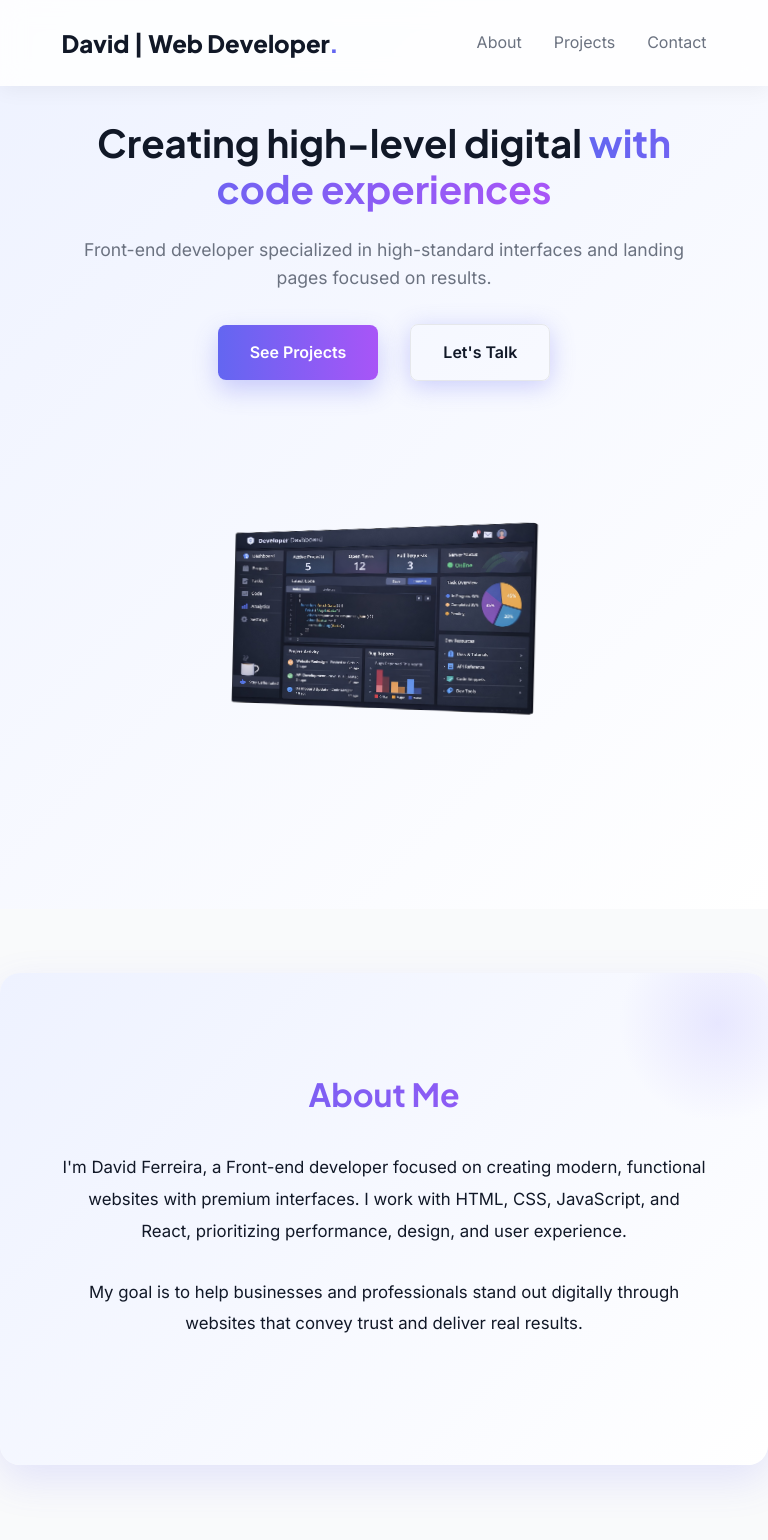
Repository: davidfsillva/David_Ferreira
Page: index.html
The author's editor kept a copy of each file at every save. The page is drawn from the files as they stood at one save, then again after a run of saves.
The browser window is 768 px wide. The pictures show the part of the page from y = 0 to 1540 px (the page is 3179 px tall).

Above is the page before, as saved 2026-02-11 15:51:48.
Console error: TypeError: Cannot read properties of null (reading 'addEventListener')

### index.html
<!DOCTYPE html>
<html lang="en">
<head>
    <meta charset="UTF-8">
    <meta name="viewport" content="width=device-width, initial-scale=1.0">

    <title>David Ferreira | Front-end Developer & Premium UI Designer</title>

    <!-- Primary SEO -->
    <meta name="description" content="David Ferreira is a front-end developer specialized in premium interfaces, high-conversion landing pages, and modern digital experiences.">
    <meta name="keywords" content="Front-end Developer, Web Designer, UI Designer, Landing Page, Web Development, Freelancer Brazil">
    <meta name="author" content="David Ferreira">
    <meta name="robots" content="index, follow">
    <link rel="canonical" href="https://yourdomain.com/">

    <!-- Open Graph (Facebook, LinkedIn) -->
    <meta property="og:title" content="David Ferreira | Premium Front-end Developer">
    <meta property="og:description" content="High-standard digital interfaces focused on performance and conversion.">
    <meta property="og:image" content="https://yourdomain.com/preview.jpg">
    <meta property="og:url" content="https://yourdomain.com/">
    <meta property="og:type" content="website">

    <!-- Twitter Card -->
    <meta name="twitter:card" content="summary_large_image">
    <meta name="twitter:title" content="David Ferreira | Web Developer">
    <meta name="twitter:description" content="Premium web development focused on performance and modern design.">
    <meta name="twitter:image" content="https://yourdomain.com/preview.jpg">

    <!-- Favicon -->
    <link rel="icon" href="favicon.ico" type="image/x-icon">

    <!-- Fonts -->
    <link href="https://fonts.googleapis.com/css2?family=Inter:wght@300;400;600&family=Plus+Jakarta+Sans:wght@700;800&display=swap" rel="stylesheet">

    <!-- Font Awesome -->
    <link rel="stylesheet" href="https://cdnjs.cloudflare.com/ajax/libs/font-awesome/6.5.0/css/all.min.css" integrity="sha512-..." crossorigin="anonymous" referrerpolicy="no-referrer" />

    <link rel="stylesheet" href="style.css">
</head>

<body>

    <!-- NAVBAR -->
    <nav class="navbar">
        <div class="logo"><a href="#">David | Web Developer<span>.</span></a></div>

        <ul class="nav-links">
            <li><a href="#about">About</a></li>
            <li><a href="#portfolio">Projects</a></li>
            <li><a href="#contact" class="btn-sm">Contact</a></li>
        </ul>
    </nav>

    <!-- HERO -->
    <section class="hero">
        <div class="hero-content">
            <h1>Creating high-level digital <span> with code experiences</span></h1>
            <p>Front-end developer specialized in high-standard interfaces and landing pages focused on results.</p>
            <div class="hero-btns">
                <a href="#portfolio" class="btn-primary">See Projects</a>
                <a href="#contact" class="btn-secondary">Let's Talk</a>
            </div>
        </div>
        <div class="hero-visual">
            <div class="hero-glow"></div>
        </div>
    </section>

    <!-- ABOUT -->
    <section id="about" class="section">
        <h2>About Me</h2>
        <p>I'm David Ferreira, a Front-end developer focused on creating modern, functional websites with premium interfaces. I work with HTML, CSS, JavaScript, and React, prioritizing performance, design, and user experience.</p>
        <p>My goal is to help businesses and professionals stand out digitally through websites that convey trust and deliver real results.</p>
    </section>

    <!-- PORTFOLIO -->
    <section id="portfolio" class="portfolio">
        <div class="section-header">
            <h2>Selected Projects</h2>
            <p>A showcase of solutions focused on performance and design.</p>
        </div>
        <div class="portfolio-grid">
            <!-- Project 1 -->
            <a href="https://davidfsillva.github.io/Alex-Carter/" target="_blank" class="project-link">
                <div class="project-card">
                    <div class="card-image">
                        <img src="img/alex.png" alt="Alex Carter Project">
                        <div class="card-overlay"><span>View Details</span></div>
                    </div>
                    <div class="card-info">
                        <h3>Alex Carter | Landing Page</h3>
                        <p>Personal branding website for a professional athlete.</p>
                    </div>
                </div>
            </a>

            <!-- Project 2 -->
            <a href="https://davidfsillva.github.io/e-hammershark/" target="_blank" class="project-link">
                <div class="project-card">
                    <div class="card-image">
                        <img src="img/ecomerce.png" alt="Hammershark Project">
                        <div class="card-overlay"><span>View Details</span></div>
                    </div>
                    <div class="card-info">
                        <h3>Hammershark | E-commerce</h3>
                        <p>Fitness fashion e-commerce, focused on branding and shopping experience.</p>
                    </div>
                </div>
            </a>

            <!-- Project 3 -->
            <a href="https://davidfsillva.github.io/landing-page/" target="_blank" class="project-link">
                <div class="project-card">
                    <div class="card-image">
                        <img src="img/landingpage.png" alt="Landing Page Project">
                        <div class="card-overlay"><span>View Details</span></div>
                    </div>
                    <div class="card-info">
                        <h3>Lucas Andrade | Landing Page</h3>
                        <p>Strategic landing page for lead generation and conversion.</p>
                    </div>
                </div>
            </a>

            <!-- Project 4 -->
            <a href="https://davidfsillva.github.io/beatriz-almeida-adv/" target="_blank" class="project-link">
                <div class="project-card">
                    <div class="card-image">
                        <img src="img/adv.png" alt="Beatriz Almeida Law Firm Project">
                        <div class="card-overlay"><span>View Details</span></div>
                    </div>
                    <div class="card-info">
                        <h3>Beatriz Almeida Law Firm | Institutional Website</h3>
                        <p>Institutional website conveying authority and trust.</p>
                    </div>
                </div>
            </a>
        </div>
    </section>

    <!-- CTA / CONTACT -->
    <section id="contact" class="cta-section">
        <h2>Ready to elevate your digital presence?</h2>
        <p>Turn your idea into a high-standard digital interface.</p>
        <a href="https://wa.me/5511990242453" target="_blank" class="btn-whatsapp">Start a WhatsApp Conversation</a>
    </section>

    <!-- FOOTER -->
    <footer>
        <div class="footer-content">
            <p>&copy; 2026 David Ferreira. All rights reserved.</p>
            <div class="social-links">
                <a href="mailto:davidfsillva@icloud.com" target="_blank" rel="noopener noreferrer"><i class="fa-solid fa-envelope"></i></a>
                <a href="https://www.instagram.com/david_websites?igsh=MWdmZWJ3MW80N3JsNQ==" target="_blank" rel="noopener noreferrer"><i class="fa-brands fa-instagram"></i></a>
            </div>
        </div>
    </footer>

    <script src="scripts.js"></script>
</body>
</html>

### style.css
:root {
  --primary: #6366f1;
  --primary-light: #818cf8;
  --accent: #a855f7;
  --text-dark: #111827;
  --text-light: #6b7280;
  --bg-light: #f9fafb;
  --white: #ffffff;
  --transition: all 0.3s ease;
}

/* RESET */
* {
  margin: 0;
  padding: 0;
  box-sizing: border-box;
}

html {
  scroll-behavior: smooth;   /* já tinha */
  scroll-padding-top: 70px; /* ajuste esse valor para altura da navbar */
}


body {
  font-family: 'Inter', sans-serif;
  background: var(--bg-light);
  color: var(--text-dark);
  line-height: 1.6;
  animation: fadePage 0.8s ease-in-out;
}

@keyframes fadePage {
  from { opacity: 0; transform: translateY(10px); }
  to { opacity: 1; transform: translateY(0); }
}

/* NAVBAR */
.navbar {
  position: fixed;
  width: 100%;
  top: 0;
  padding: 1.5rem 8%;
  display: flex;
  justify-content: space-between;
  align-items: center;
  background: rgba(255,255,255,0.85);
  backdrop-filter: blur(12px);
  box-shadow: 0 4px 20px rgba(0,0,0,0.05);
  z-index: 1000;
  transition: var(--transition);
}

.logo {
  font-family: 'Plus Jakarta Sans', sans-serif;
  font-weight: 800;
  font-size: 1.5rem;
}

.logo a {
  text-decoration: none;   /* remove o sublinhado */
  color: var(--text-dark); /* cor principal da logo */
  font-weight: 800;
  font-size: 1.5rem;
}

.logo a span {
  color: var(--primary);   /* deixa apenas o ponto colorido */
}


.logo span {
  color: var(--primary);
}

.nav-links {
  display: flex;
  list-style: none;
  gap: 2rem;
}

.nav-links a {
  text-decoration: none;
  color: var(--text-light);
  font-weight: 500;
  transition: var(--transition);
}

.nav-links a:hover {
  color: var(--primary);
  transform: translateY(-2px);
}

/* HERO */
.hero {
  min-height: 100vh;
  padding: 120px 8% 80px; /* aumentei de 60px para 80px */
  display: flex;
  align-items: center;
  justify-content: space-between;
  background: linear-gradient(135deg, #eef2ff, #ffffff);
  flex-wrap: wrap;
}

.hero-content {
  max-width: 600px;
  animation: heroFade 1s ease 0.2s both;
}

@keyframes heroFade {
  from { opacity: 0; transform: translateY(40px); }
  to { opacity: 1; transform: translateY(0); }
}

.badge {
  display: inline-block;
  padding: 0.5rem 1rem;
  background: rgba(99,102,241,0.1);
  color: var(--primary);
  border-radius: 20px;
  font-size: 0.8rem;
  font-weight: 600;
  margin-bottom: 1.5rem;
}

.hero h1 {
  font-family: 'Plus Jakarta Sans', sans-serif;
  font-size: clamp(2rem, 5vw, 3.5rem);
  line-height: 1.2;
  margin-bottom: 1.5rem;
}

.hero h1 span {
  background: linear-gradient(90deg, var(--primary), var(--accent));
  -webkit-background-clip: text;
  -webkit-text-fill-color: transparent;
}

.hero p {
  font-size: 1.1rem;
  color: var(--text-light);
  margin-bottom: 2rem;
}

/* BUTTONS */
.btn-primary,
.btn-secondary,
.btn-whatsapp {
  display: inline-block;
  padding: 0.9rem 2rem;
  border-radius: 8px;
  text-decoration: none;
  font-weight: 600;
  transition: all 0.3s ease;
  position: relative;
  overflow: hidden;
}

.btn-primary {
  background: linear-gradient(90deg, var(--primary), var(--accent));
  color: white;
  box-shadow: 0 10px 25px rgba(99,102,241,0.3);
}

.btn-primary:hover {
  transform: translateY(-4px) scale(1.03);
}

.btn-primary:active {
  transform: scale(0.96);
}

.btn-primary::after {
  content: "";
  position: absolute;
  width: 200%;
  height: 200%;
  background: radial-gradient(circle, rgba(255,255,255,0.4), transparent 60%);
  top: -50%;
  left: -50%;
  opacity: 0;
  transition: opacity 0.4s ease;
}

.btn-primary:hover::after {
  opacity: 1;
}

.btn-secondary {
  border: 1px solid #e5e7eb;
  color: var(--text-dark);
  margin-left: 1rem;
  box-shadow: 0 5px 25px rgba(99,102,241,0.3);

}

.btn-secondary:hover {
  background: #f3f4f6;
  transform: translateY(-4px);
}

.btn-secondary:active {
  transform: scale(0.96);
}

.btn-whatsapp {
  background: linear-gradient(90deg, #25d366, #1ebe57);
  color: white;
  padding: 1rem 2rem;
  border-radius: 8px;
  font-weight: 600;
  transition: var(--transition);
}

.btn-whatsapp:hover {
  transform: translateY(-3px) scale(1.03);
  box-shadow: 0 8px 20px rgba(37,211,102,0.4);
}

.btn-whatsapp:active {
  transform: scale(0.96);
}

.hero-btns {
  display: flex;
  flex-wrap: wrap;
}

#about {
  text-align: center;
  max-width: 1200px;
  margin: 4rem auto 0; /* adiciona mais distância do Hero */
  padding: 6rem 8%;
  background: linear-gradient(135deg, #eef2ff 0%, #ffffff 100%);
  border-radius: 20px;
  box-shadow: 0 15px 40px rgba(99,102,241,0.15);
  position: relative;
  overflow: hidden;
}

#about::before {
  content: "";
  position: absolute;
  width: 200px;
  height: 200px;
  background: radial-gradient(circle, rgba(163,155,253,0.2), transparent 70%);
  top: -50px;
  right: -50px;
  border-radius: 50%;
  z-index: 0;
  animation: pulseGlow 6s infinite ease-in-out;
}

#about h2 {
  font-family: 'Plus Jakarta Sans', sans-serif;
  font-size: clamp(2rem, 4vw, 2.5rem);
  margin-bottom: 2rem;
  position: relative;
  z-index: 1;
  background: linear-gradient(90deg, var(--primary), var(--accent));
  -webkit-background-clip: text;
  -webkit-text-fill-color: transparent;
}

#about p {
  font-size: 1.05rem;
  line-height: 1.9;
  color: var(--text-dark);
  margin-bottom: 1.8rem;
  position: relative;
  z-index: 1;
  opacity: 0;
  transform: translateY(20px);
  animation: fadeUp 1s forwards;
  animation-delay: 0.3s;
}

/* Animação suave */
@keyframes fadeUp {
  to {
    opacity: 1;
    transform: translateY(0);
  }
}



/* HERO VISUAL */
.hero-visual {
  flex: 1;
  min-height: 400px;
  display: flex;
  justify-content: center;
  align-items: center;
}

.hero-glow {
  width: 380px;
  height: 380px;
  background: url('img/dashboard.png') no-repeat center center;
  background-size: contain;
  animation: float-rotate 8s ease-in-out infinite;
}

@keyframes float-rotate {
  0%   { transform: translateY(0px) rotate(0deg); }
  50%  { transform: translateY(-10px) rotate(3deg); }
  100% { transform: translateY(0px) rotate(0deg); }
}

/* PORTFOLIO */
.portfolio {
  padding: 6rem 8%;
}

.section-header {
  text-align: center;
  margin-bottom: 4rem;
}

.section-header h2 {
  font-family: 'Plus Jakarta Sans', sans-serif;
  font-size: 2.2rem;
  margin-bottom: 1rem;
  color: var(--primary)
}

.section-header p {
  color: var(--text-light);
}

.portfolio-grid {
  display: grid;
  grid-template-columns: repeat(auto-fit, minmax(280px, 1fr));
  gap: 2rem;
}

.project-card {
  background: var(--white);
  border-radius: 16px;
  overflow: hidden;
  box-shadow: 0 10px 30px rgba(0,0,0,0.06);
  cursor: pointer;
  transition: transform 0.4s ease, box-shadow 0.4s ease;
  will-change: transform;
}

.project-card:hover {
  transform: translateY(-12px) scale(1.03);
  box-shadow: 0 25px 50px rgba(99,102,241,0.2);
}

.card-image {
  position: relative;
  overflow: hidden;
}

.card-image img {
  width: 100%;
  height: 220px;
  object-fit: cover;
  display: block;
  transition: transform 0.6s ease;
}

.project-card:hover .card-image img {
  transform: scale(1.08);
}

.card-overlay {
  position: absolute;
  inset: 0;
  background: rgba(99,102,241,0.8);
  display: flex;
  justify-content: center;
  align-items: center;
  color: white;
  font-weight: 600;
  opacity: 0;
  transition: opacity 0.4s ease;
}

.project-card:hover .card-overlay {
  opacity: 1;
}

.card-info {
  padding: 1.5rem;
}

.card-info h3 {
  margin-bottom: 0.5rem;
}

.card-info p {
  color: var(--text-light);
}

.project-link {
  text-decoration: none;
  color: inherit;
  display: block;
}


/* CTA */
.cta-section {
  padding: 5rem 8%;
  text-align: center;
  background: linear-gradient(135deg, #eef2ff, #ffffff);
}

/* FOOTER */
footer {
  padding: 3rem 5%;
  background: linear-gradient(135deg, #eef2ff, #ffffff); /* leve gradiente */
  border-top: 1px solid rgba(99,102,241,0.2); /* linha discreta */
  text-align: center;
  border-radius: 20px 20px 0 0;
  box-shadow: 0 -4px 20px rgba(99,102,241,0.05);
}

.footer-content {
  display: flex;
  flex-direction: column;
  align-items: center;
  gap: 1.5rem; /* aumenta espaço entre elementos */
}

.footer-content p {
  color: var(--text-dark);
  font-weight: 500;
  font-size: 1rem;
}

.social-links {
  display: flex;
  gap: 1.5rem; /* distância entre ícones */
}

.social-links a {
  color: var(--primary);
  padding: 0.8rem;
  border-radius: 30%; /* círculo perfeito */
  font-size: 1.2rem;
  display: flex;
  justify-content: center;
  align-items: center;
  transition: all 0.3s ease;
  text-decoration: none;
}

.social-links a:hover {
  transform: translateY(-3px) scale(1.1);
  color: var(--primary);
}


.cta-section p {
  color: var(--text-light);
  margin-bottom: 2.5rem; /* aumenta espaço abaixo do texto */
}

.btn-whatsapp {
  display: inline-block;
  background: #25d366;
  color: white;
  padding: 1rem 2rem;
  border-radius: 8px;
  text-decoration: none;
  font-weight: 600;
  transition: var(--transition);
  margin-top: 0.5rem; /* pequeno respiro extra */
}


/* MODAL */
.modal-overlay {
  position: fixed;
  inset: 0;
  background: rgba(0,0,0,0.6);
  display: none;
  justify-content: center;
  align-items: center;
  padding: 2rem;
  z-index: 2000;
}

.modal-content {
  background: white;
  width: 100%;
  max-width: 900px;
  border-radius: 20px;
  overflow: hidden;
  animation: modalZoom 0.4s cubic-bezier(.23,1,.32,1);
  position: relative;
}

@keyframes modalZoom {
  from { opacity: 0; transform: scale(0.85) translateY(20px); }
  to { opacity: 1; transform: scale(1) translateY(0); }
}

.modal-body {
  display: grid;
  grid-template-columns: 1fr 1fr;
}

.modal-img {
  min-height: 300px;
  background-size: cover !important;
}

.modal-text {
  padding: 2rem;
}

.close-modal {
  position: absolute;
  top: 20px;
  right: 25px;
  background: none;
  border: none;
  font-size: 2rem;
  cursor: pointer;
  transition: transform 0.3s ease;
}

.close-modal:hover {
  transform: rotate(90deg);
}

/* RESPONSIVO */
@media (max-width: 900px) {
  .hero {
    flex-direction: column;
    text-align: center;
  }

  .hero-visual {
    margin-top: 3rem;
  }

  .hero-btns {
    display: flex;
    justify-content: center;
    align-items: center; /* garante alinhamento vertical */
    gap: 1rem;
    flex-wrap: wrap;
  }

}

@media (max-width: 600px) {
  .navbar {
    padding: 1rem 5%;
  }

  .nav-links {
    display: none;
  }

  .hero {
    padding: 100px 5% 60px;
  }

    .hero-btns {
    justify-content: center; /* centraliza horizontalmente */
    gap: 1rem; /* mantém espaçamento entre os botões */
    flex-wrap: wrap;
  }


  .portfolio {
    padding: 4rem 5%;
  }

  .cta-section {
    padding: 4rem 5%;
  }

  footer {
    padding: 2rem 5%;
  }

  .footer-content {
    flex-direction: column;
    text-align: center;
  }

  .social-links a {
    margin: 0 0.5rem;
  }
}

### scripts.js
// =============================
// NAVBAR SCROLL EFFECT
// =============================
const navbar = document.querySelector(".navbar");

window.addEventListener("scroll", () => {
  if (window.scrollY > 50) {
    navbar.style.padding = "1rem 8%";
    navbar.style.boxShadow = "0 8px 25px rgba(0,0,0,0.08)";
  } else {
    navbar.style.padding = "1.5rem 8%";
    navbar.style.boxShadow = "0 4px 20px rgba(0,0,0,0.05)";
  }
});

// =============================
// MODAL FUNCTIONALITY
// =============================
const modal = document.querySelector(".modal-overlay");
const modalImg = document.querySelector(".modal-img");
const modalTitle = document.querySelector(".modal-text h3");
const modalDesc = document.querySelector(".modal-text p");
const closeModal = document.querySelector(".close-modal");

const projectCards = document.querySelectorAll(".project-card");

projectCards.forEach(card => {
  card.addEventListener("click", () => {
    const title = card.querySelector("h3").innerText;
    const desc = card.querySelector("p").innerText;
    const img = card.querySelector("img").src;

    modalTitle.innerText = title;
    modalDesc.innerText = desc;
    modalImg.style.backgroundImage = `url(${img})`;

    modal.style.display = "flex";
    document.body.style.overflow = "hidden";
  });
});

// Fechar modal
closeModal.addEventListener("click", () => {
  modal.style.display = "none";
  document.body.style.overflow = "auto";
});

// Fechar clicando fora
modal.addEventListener("click", (e) => {
  if (e.target === modal) {
    modal.style.display = "none";
    document.body.style.overflow = "auto";
  }
});

// Fechar com ESC
document.addEventListener("keydown", (e) => {
  if (e.key === "Escape") {
    modal.style.display = "none";
    document.body.style.overflow = "auto";
  }
});

// =============================
// SCROLL REVEAL ANIMATION
// =============================
const revealElements = document.querySelectorAll(
  ".hero-content, .project-card, .section-header, .cta-section"
);

const observer = new IntersectionObserver(
  (entries) => {
    entries.forEach(entry => {
      if (entry.isIntersecting) {
        entry.target.style.opacity = "1";
        entry.target.style.transform = "translateY(0)";
      }
    });
  },
  { threshold: 0.2 }
);

revealElements.forEach(el => {
  el.style.opacity = "0";
  el.style.transform = "translateY(40px)";
  el.style.transition = "all 0.8s ease";
  observer.observe(el);
});

// =============================
// BUTTON MICRO INTERACTION
// =============================
const buttons = document.querySelectorAll(".btn-primary, .btn-secondary, .btn-whatsapp");

buttons.forEach(btn => {
  btn.addEventListener("mouseenter", () => {
    btn.style.transform = "scale(1.05)";
  });

  btn.addEventListener("mouseleave", () => {
    btn.style.transform = "scale(1)";
  });
});

After the next 2 saves:
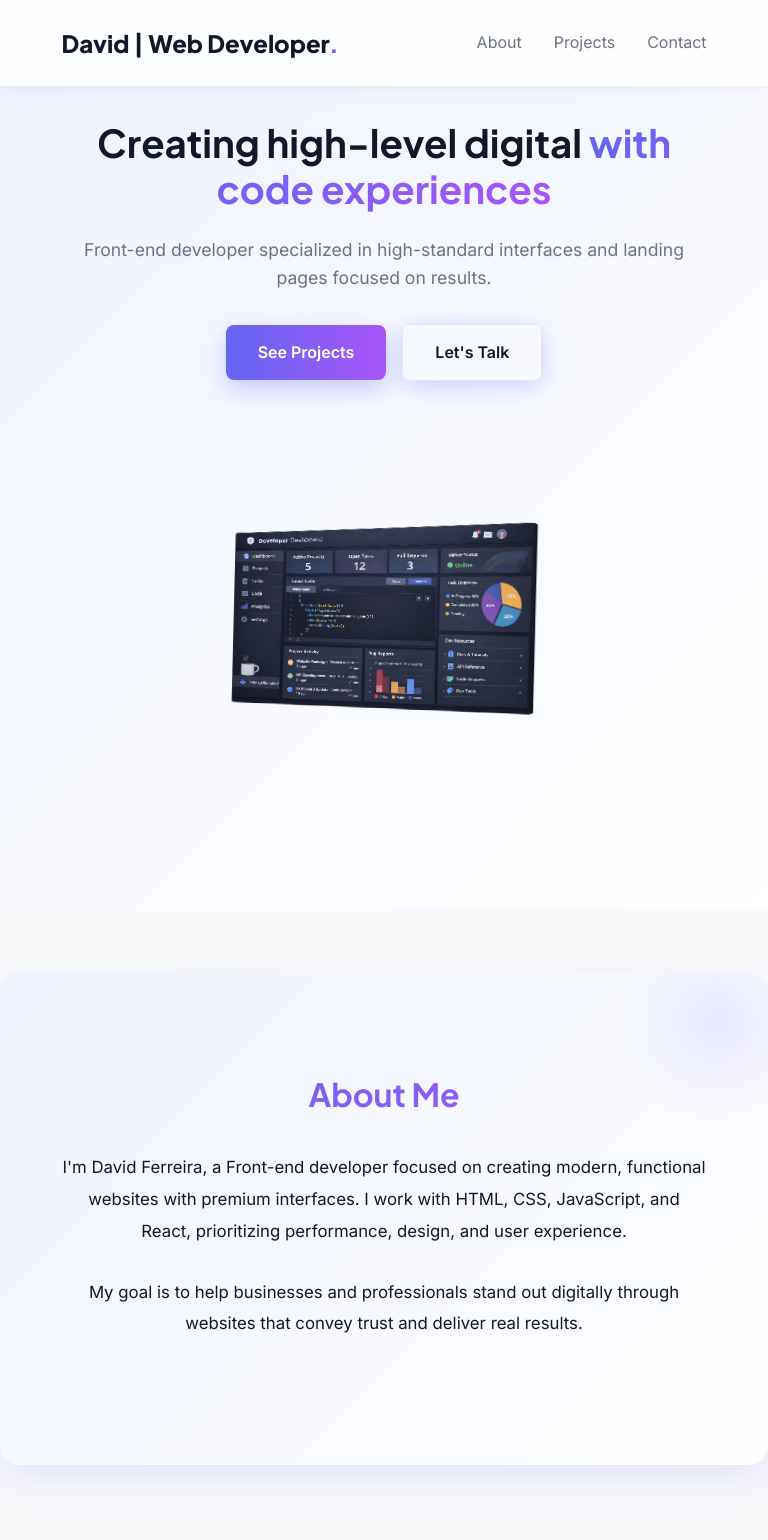
The 2 saves are shown as one change because they came seconds apart.
The last was saved 9 s later.
--- a/style.css
+++ b/style.css
@@ -549,6 +549,9 @@ footer {
     flex-wrap: wrap;
   }
 
+    .hero-btns a {
+    margin: 0; /* remove margens extras que possam deslocar os botões */
+  }
 }
 
 @media (max-width: 600px) {
